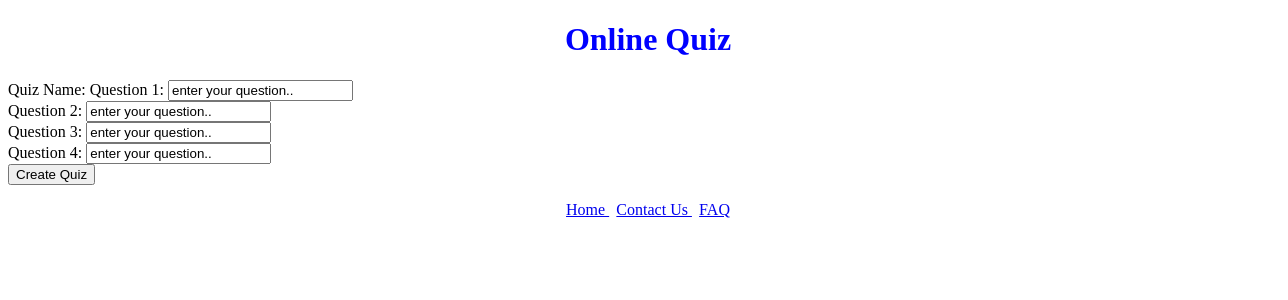
Repository: KaushikVeluruWorld/KaushikJava
Page: http://localhost/OnlineQuiz/viewQuiz.jsp
An editor plug-in stored every save of this project. The page is shown before and after the next save, followed by the edit.
The browser window is 1280 px wide. The page is 1288 px wide, so the pictures cover 1288 px, including what lies to the right of the window. The pictures show the whole page.
The page is served by Tomcat 9. Other server files are loaded and not shown.

Above is the page before, as saved 2014-12-24 07:53:50.

### Online Quiz Tool/OnlineQuiz/WebContent/viewQuiz.jsp
<%@ page language="java" contentType="text/html; charset=ISO-8859-1"
    pageEncoding="ISO-8859-1"%>
<!DOCTYPE html PUBLIC "-//W3C//DTD HTML 4.01 Transitional//EN" "http://www.w3.org/TR/html4/loose.dtd">
<html>
<head>
<meta http-equiv="Content-Type" content="text/html; charset=ISO-8859-1">
<title>Insert title here</title>
</head>
<body>
<body>

<jsp:include page="header.jsp"></jsp:include>
<form action="viewQuiz.jsp" method="POST">
Quiz Name: <%request.getParameter("quizname");%>
Question 1: <input type="text" name="qn1" value="enter your question.."/><br/>
Question 2: <input type="text" name="qn2" value="enter your question.."/><br/>
Question 3: <input type="text" name="qn3" value="enter your question.."/><br/>
Question 4: <input type="text" name="qn4" value="enter your question.."/><br/>

<input type="submit" value="Create Quiz">
</form>

<jsp:include page="footer.jsp"></jsp:include>
</body>
</body>
</html>

### Online Quiz Tool/OnlineQuiz/WebContent/header.jsp
<%@ page language="java" contentType="text/html; charset=ISO-8859-1"
    pageEncoding="ISO-8859-1"%>
<!DOCTYPE html PUBLIC "-//W3C//DTD HTML 4.01 Transitional//EN" "http://www.w3.org/TR/html4/loose.dtd">
<html>
<head>
<meta http-equiv="Content-Type" content="text/html; charset=ISO-8859-1">
<title>Header</title>
</head>

<body style="height: 25px%; width: 100%;">

<h1 align="center" style="color: blue"><b>Online Quiz</b></h1>

</body>
</html>

### Online Quiz Tool/OnlineQuiz/WebContent/footer.jsp
<%@ page language="java" contentType="text/html; charset=ISO-8859-1"
    pageEncoding="ISO-8859-1"%>
<!DOCTYPE html PUBLIC "-//W3C//DTD HTML 4.01 Transitional//EN" "http://www.w3.org/TR/html4/loose.dtd">
<html>
<head>
<meta http-equiv="Content-Type" content="text/html; charset=ISO-8859-1">
<title>Footer</title>
</head>

<body  style="height: 50px; width: 100%;">

<p align="center" style="color: white" >

<a style="" href="home.jsp">Home </a> |
<a href="ContactUs.html">Contact Us </a> |
<a href="FAQ.html">FAQ </a>
</p>

</body>
</html>

After the next save:
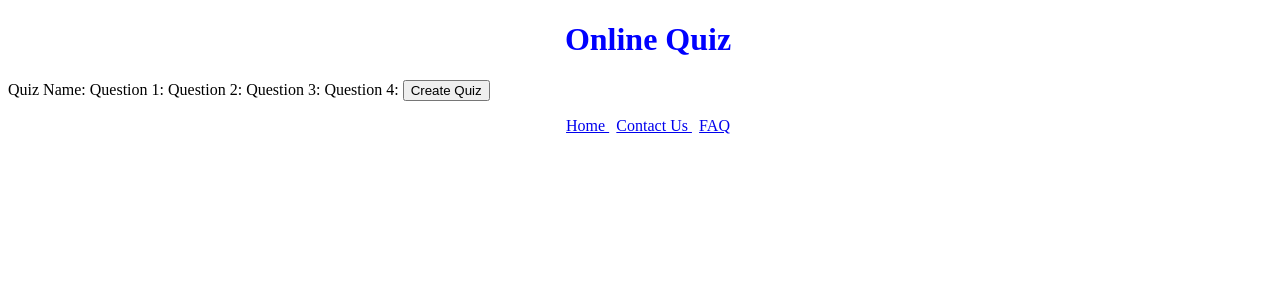
Saved 32 s later.
--- a/Online Quiz Tool/OnlineQuiz/WebContent/viewQuiz.jsp
+++ b/Online Quiz Tool/OnlineQuiz/WebContent/viewQuiz.jsp
@@ -12,10 +12,10 @@
 <jsp:include page="header.jsp"></jsp:include>
 <form action="viewQuiz.jsp" method="POST">
 Quiz Name: <%request.getParameter("quizname");%>
-Question 1: <input type="text" name="qn1" value="enter your question.."/><br/>
-Question 2: <input type="text" name="qn2" value="enter your question.."/><br/>
-Question 3: <input type="text" name="qn3" value="enter your question.."/><br/>
-Question 4: <input type="text" name="qn4" value="enter your question.."/><br/>
+Question 1:<%request.getParameter("quizname");%>
+Question 2: <%request.getParameter("quizname");%>
+Question 3:<%request.getParameter("quizname");%>
+Question 4:<%request.getParameter("quizname");%>
 
 <input type="submit" value="Create Quiz">
 </form>
